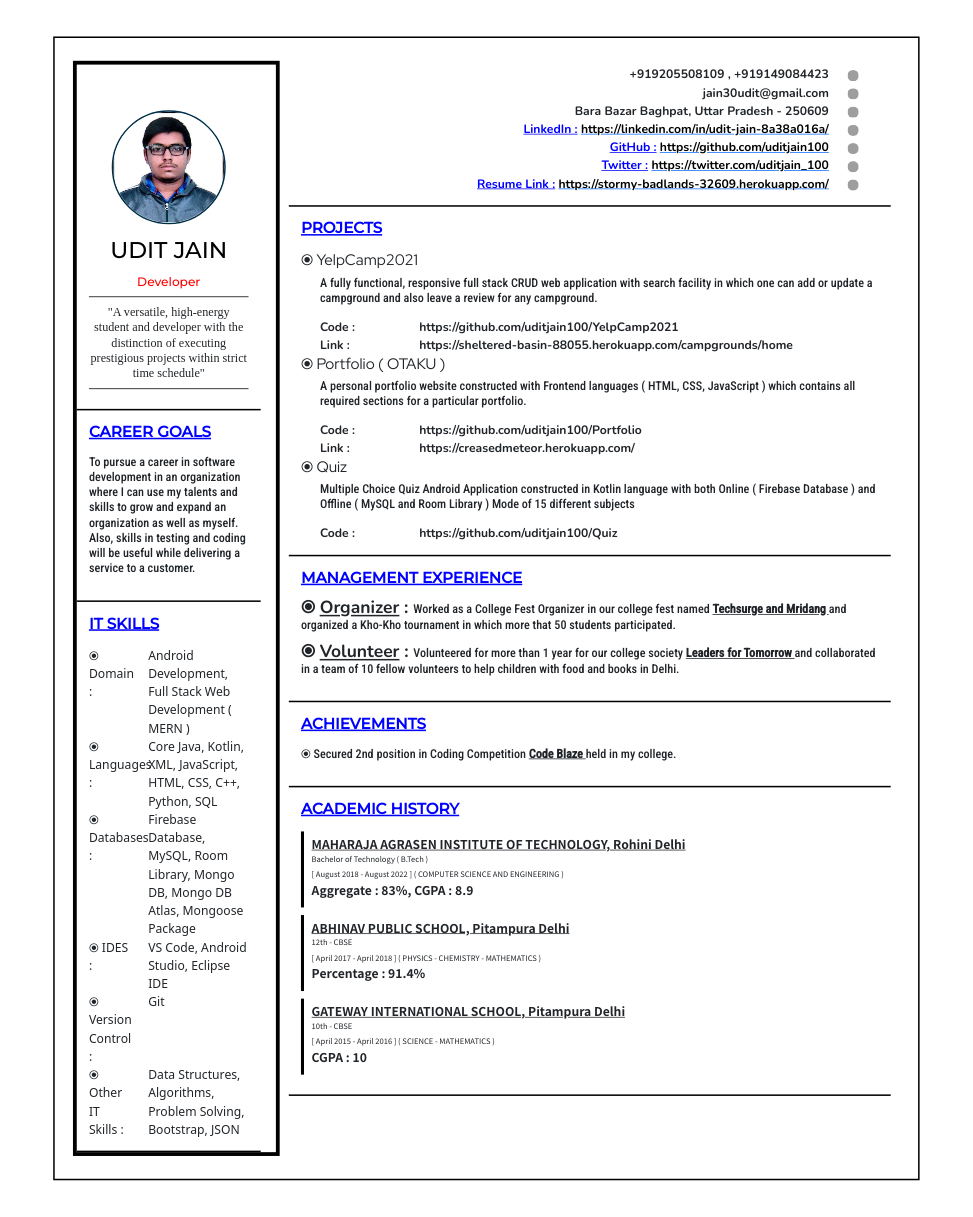
Repository: uditjain100/Resume
Page: app.html
An editor plug-in stored every save of this project. The page is shown before and after the next save, followed by the edit.
The browser window is 1280 px wide. The pictures show the whole page, at 76% of full size.
Pictures or frames that could not be fetched are drawn as grey boxes. Some web fonts or font styles are not loaded; a fallback is used.

Above is the page before, as saved 2021-05-27 18:32:46.

### app.html
<!DOCTYPE html>
<html lang="en">
	<head>
		<meta charset="UTF-8" />
		<meta http-equiv="X-UA-Compatible" content="IE=edge" />
		<meta name="viewport" content="width=device-width, initial-scale=1.0" />
		<title>RESUME : Udit Jain</title>
		<link rel="stylesheet" href="app.css" />
		<script
			src="https://code.jquery.com/jquery-3.5.1.min.js"
			integrity="sha256-9/aliU8dGd2tb6OSsuzixeV4y/faTqgFtohetphbbj0="
			crossorigin="anonymous"
		></script>
		<link
			href="https://cdn.jsdelivr.net/npm/bootstrap@5.0.0-beta1/dist/css/bootstrap.min.css"
			rel="stylesheet"
			integrity="sha384-giJF6kkoqNQ00vy+HMDP7azOuL0xtbfIcaT9wjKHr8RbDVddVHyTfAAsrekwKmP1"
			crossorigin="anonymous"
		/>

		<link rel="preconnect" href="https://fonts.gstatic.com" />
		<link
			href="https://fonts.googleapis.com/css2?family=Montserrat:wght@300;500&display=swap"
			rel="stylesheet"
		/>
		<link
			href="https://fonts.googleapis.com/css2?family=Roboto+Condensed:wght@500&display=swap"
			rel="stylesheet"
		/>
		<link
			href="https://fonts.googleapis.com/css2?family=Spartan:wght@500&display=swap"
			rel="stylesheet"
		/>
		<link
			href="https://fonts.googleapis.com/css2?family=Red+Hat+Display&display=swap"
			rel="stylesheet"
		/>
		<link
			href="https://fonts.googleapis.com/css2?family=Ubuntu:wght@300&display=swap"
			rel="stylesheet"
		/>
		<link
			href="https://fonts.googleapis.com/css2?family=Quicksand:wght@700&display=swap"
			rel="stylesheet"
		/>
		<link
			href="https://fonts.googleapis.com/css2?family=Nunito:wght@700&display=swap"
			rel="stylesheet"
		/>
		<link
			href="https://fonts.googleapis.com/css2?family=Akaya+Kanadaka&display=swap"
			rel="stylesheet"
		/>
		<link
			href="https://fonts.googleapis.com/css2?family=Poppins:wght@400&display=swap"
			rel="stylesheet"
		/>
		<link
			href="https://fonts.googleapis.com/css2?family=Noto+Sans+JP&display=swap"
			rel="stylesheet"
		/>
	</head>
	<body>
		<main class="container row my-5 mx-auto" id="wholewindow">
			<section id="leftwindow" class="col-3">
				<article id="namebox">
					<img
						id="profileimg"
						src="profile.jpg"
						class="card-img-top"
						alt="..."
					/>
					<div class="card-body">
						<h3
							class="card-title"
							style="
								color: black;
								text-decoration: none;
								font-size: 30px;
								font-weight: 400;
							"
						>
							UDIT JAIN
						</h3>
						<h6 class="card-subtitle mx-auto">Developer</h6>
						<p id="summary">
							"A versatile, high-energy student and developer with the
							distinction of executing prestigious projects within strict time
							schedule"
						</p>
					</div>
				</article>

				<article class="card-body" id="goalbox">
					<h3 class="card-title">CAREER GOALS</h3>
					<p>
						To pursue a career in software development in an organization where
						I can use my talents and skills to grow and expand an organization
						as well as myself. Also, skills in testing and coding will be useful
						while delivering a service to a customer.
					</p>
				</article>

				<article id="itskillsbox">
					<div class="card-body">
						<h3 class="card-title">IT SKILLS</h3>
						<ul class="list-group">
							<li id="itskillsitem" class="row">
								<span class="col-4" id="que">⦿ Domain : </span>
								<span class="col-8" id="ans"
									>Android Development, Full Stack Web Development ( MERN
									)</span
								>
							</li>
							<li id="itskillsitem" class="row">
								<span class="col-4" id="que">⦿ Languages : </span>
								<span class="col-8" id="ans"
									>Core Java, Kotlin, XML, JavaScript, HTML, CSS, C++, Python,
									SQL</span
								>
							</li>
							<li id="itskillsitem" class="row">
								<span class="col-4" id="que">⦿ Databases : </span>
								<span class="col-8" id="ans"
									>Firebase Database, MySQL, Room Library, Mongo DB, Mongo DB
									Atlas, Mongoose Package</span
								>
							</li>
							<li id="itskillsitem" class="row">
								<span class="col-4" id="que">⦿ IDES : </span>
								<span class="col-8" id="ans"
									>VS Code, Android Studio, Eclipse IDE</span
								>
							</li>
							<li id="itskillsitem" class="row">
								<span class="col-4" id="que">⦿ Version Control : </span>
								<span class="col-8" id="ans">Git</span>
							</li>
							<li id="itskillsitem" class="row">
								<span class="col-4" id="que">⦿ Other IT Skills : </span>
								<span class="col-8" id="ans"
									>Data Structures, Algorithms, Problem Solving, Bootstrap,
									JSON</span
								>
							</li>
						</ul>
					</div>
				</article>
			</section>
			<section id="rightwindow" class="col-9">
				<article class="card-body" id="contactbox">
					<ul class="list-group">
						<li id="contactitem" class="row">
							<div class="col-11">+919205508109 , +919149084423</div>
							<div class="col-1">
								<img
									src="https://cdn.jsdelivr.net/npm/simple-icons@3.0.1/icons/android.svg"
									alt=""
								/>
							</div>
						</li>
						<li id="contactitem" class="row">
							<div class="col-11">jain30udit@gmail.com</div>
							<div class="col-1">
								<img
									src="https://cdn.jsdelivr.net/npm/simple-icons@3.0.1/icons/gmail.svg"
									alt=""
								/>
							</div>
						</li>
						<li id="contactitem" class="row">
							<div class="col-11">
								Bara Bazar Baghpat, Uttar Pradesh - 250609
							</div>
							<div class="col-1">
								<img
									src="https://cdn.jsdelivr.net/npm/simple-icons@3.0.1/icons/googlemaps.svg"
									alt=""
								/>
							</div>
						</li>
						<li id="contactitem" class="row">
							<div class="col-11">
								<span>LinkedIn :</span>
								<a href="https://linkedin.com/in/udit-jain-8a38a016a/"
									><span id="link"
										>https://linkedin.com/in/udit-jain-8a38a016a/</span
									></a
								>
							</div>
							<div class="col-1">
								<img
									src="https://cdn.jsdelivr.net/npm/simple-icons@4.13.0/icons/linkedin.svg"
									alt=""
								/>
							</div>
						</li>
						<li id="contactitem" class="row">
							<div class="col-11">
								<span>GitHub :</span>
								<a href="https://github.com/uditjain100"
									><span id="link">https://github.com/uditjain100</span></a
								>
							</div>
							<div class="col-1">
								<img
									src="https://cdn.jsdelivr.net/npm/simple-icons@4.13.0/icons/github.svg"
									alt=""
								/>
							</div>
						</li>
						<li id="contactitem" class="row">
							<div class="col-11">
								<span>Twitter :</span>
								<a href="https://twitter.com/uditjain_100"
									><span id="link">https://twitter.com/uditjain_100</span></a
								>
							</div>
							<div class="col-1">
								<img
									src="https://cdn.jsdelivr.net/npm/simple-icons@4.13.0/icons/twitter.svg"
									alt=""
								/>
							</div>
						</li>
						<li id="contactitem" class="row">
							<div class="col-11">
								<span>Resume Link :</span>
								<a href="https://stormy-badlands-32609.herokuapp.com/"
									><span id="link"
										>https://stormy-badlands-32609.herokuapp.com/</span
									></a
								>
							</div>
							<div class="col-1">
								<img
									src="https://cdn.jsdelivr.net/npm/simple-icons@4.13.0/icons/webpack.svg"
									alt=""
								/>
							</div>
						</li>
					</ul>
				</article>

				<article class="card-body" id="projectbox">
					<h3 class="card-title">PROJECTS</h3>
					<ul class="list-group">
						<li id="projectitem" class="row">
							<h5 id="projecttitle" class="display-10">⦿ YelpCamp2021</h5>
							<div id="projectdetails">
								<p>
									A fully functional, responsive full stack CRUD web application
									with search facility in which one can add or update a
									campground and also leave a review for any campground.
								</p>
								<ul class="list-group">
									<li id="contactitem" class="row">
										<div class="col-2">
											<span style="font-weight: 700">Code : </span>
										</div>
										<div id="link" class="col-10">
											https://github.com/uditjain100/YelpCamp2021
										</div>
									</li>
									<li id="contactitem" class="row">
										<div class="col-2">
											<span style="font-weight: 700">Link : </span>
										</div>
										<div id="link" class="col-10">
											https://sheltered-basin-88055.herokuapp.com/campgrounds/home
										</div>
									</li>
								</ul>
							</div>
						</li>
						<li id="projectitem" class="row">
							<h5 id="projecttitle" class="display-10">
								⦿ Portfolio ( OTAKU )
							</h5>
							<div id="projectdetails">
								<p>
									A personal portfolio website constructed with Frontend
									languages ( HTML, CSS, JavaScript ) which contains all
									required sections for a particular portfolio.
								</p>
								<ul class="list-group">
									<li id="contactitem" class="row">
										<div class="col-2">
											<span style="font-weight: 700">Code : </span>
										</div>
										<div id="link" class="col-10">
											https://github.com/uditjain100/Portfolio
										</div>
									</li>
									<li id="contactitem" class="row">
										<div class="col-2">
											<span style="font-weight: 700">Link : </span>
										</div>
										<div id="link" class="col-10">
											https://creasedmeteor.herokuapp.com/
										</div>
									</li>
								</ul>
							</div>
						</li>
						<li id="projectitem" class="row">
							<h5 id="projecttitle" class="display-10">⦿ Quiz</h5>
							<div id="projectdetails">
								<p>
									Multiple Choice Quiz Android Application constructed in Kotlin
									language with both Online ( Firebase Database ) and Offline (
									MySQL and Room Library ) Mode of 15 different subjects
								</p>
								<ul class="list-group">
									<li id="contactitem" class="row">
										<div class="col-2">
											<span style="font-weight: 700">Code : </span>
										</div>
										<div id="link" class="col-10">
											https://github.com/uditjain100/Quiz
										</div>
									</li>
								</ul>
							</div>
						</li>
					</ul>
				</article>

				<article class="card-body" id="managementskillsbox">
					<h3 class="card-title">MANAGEMENT EXPERIENCE</h3>
					<ul class="list-group">
						<li id="managementskillsitem">
							<p>
								<span id="tag">⦿ <span>Organizer</span> : </span>
								Worked as a College Fest Organizer in our college fest named
								<span style="font-weight: 700; text-decoration: underline"
									>Techsurge and Mridang
								</span>
								and organized a Kho-Kho tournament in which more that 50
								students participated.
							</p>
						</li>
						<li id="managementskillsitem">
							<p>
								<span id="tag">⦿ <span>Volunteer</span> : </span>
								Volunteered for more than 1 year for our college society
								<span style="font-weight: 700; text-decoration: underline"
									>Leaders for Tomorrow </span
								>and collaborated in a team of 10 fellow volunteers to help
								children with food and books in Delhi.
							</p>
						</li>
					</ul>
				</article>

				<article class="card-body" id="achievementsbox">
					<h3 class="card-title">ACHIEVEMENTS</h3>
					<ul class="list-group">
						<li id="achievementitem" class="row">
							<p>
								⦿ Secured 2nd position in Coding Competition
								<span style="font-weight: 700; text-decoration: underline"
									>Code Blaze
								</span>
								held in my college.
							</p>
						</li>
					</ul>
				</article>

				<article class="card-body" id="educationbox">
					<h3 class="card-title">ACADEMIC HISTORY</h3>
					<ul class="list-group">
						<li id="educationitem">
							<h6 id="institutename">
								MAHARAJA AGRASEN INSTITUTE OF TECHNOLOGY, Rohini Delhi
							</h6>
							<h6 id="stream">Bachelor of Technology ( B.Tech )</h6>
							<h6 id="subjects">
								[ August 2018 - August 2022 ] ( COMPUTER SCIENCE AND ENGINEERING
								)
							</h6>
							<h6 id="marks">Aggregate : 83%, CGPA : 8.9</h6>
						</li>
						<li id="educationitem">
							<h6 id="institutename">ABHINAV PUBLIC SCHOOL, Pitampura Delhi</h6>
							<h6 id="stream">12th - CBSE</h6>
							<h6 id="subjects">
								[ April 2017 - April 2018 ] ( PHYSICS - CHEMISTRY - MATHEMATICS
								)
							</h6>
							<h6 id="marks">Percentage : 91.4%</h6>
						</li>
						<li id="educationitem">
							<h6 id="institutename">
								GATEWAY INTERNATIONAL SCHOOL, Pitampura Delhi
							</h6>
							<h6 id="stream">10th - CBSE</h6>
							<h6 id="subjects">
								[ April 2015 - April 2016 ] ( SCIENCE - MATHEMATICS )
							</h6>
							<h6 id="marks">CGPA : 10</h6>
						</li>
					</ul>
				</article>
			</section>
		</main>
	</body>
</html>

### app.css
/* * Common Section */

@keyframes transitionIn {
	from {
		opacity: 0;
		transform: rotateY(-10deg);
	}
	to {
		opacity: 1;
		transform: rotateY(0);
	}
}

html {
	animation: transitionIn 1s;
}

p {
	font-family: "Roboto Condensed", sans-serif;
	line-height: 20px;
}

ul {
	list-style: none;
}
article {
	border-bottom: 2px black solid;
}

.card {
	background-color: black;
}

.card-title {
	font-family: "Montserrat";
	color: blue;
	text-decoration: underline;
	font-weight: 900;
	font-size: 20px;
	padding-bottom: 10px;
	border: none;
}

.footer {
	position: -webkit-sticky;
	left: 0;
	bottom: 0;
	width: 100%;
	color: white;
	text-align: center;
	font-family: "Montserrat";
}

/*  ********************* resume work */

#wholewindow {
	border: 2px black solid;
	display: flex;
	flex-direction: row;
	flex-wrap: wrap;
	justify-content: space-evenly;
	/* align-items: center; */
}

#leftwindow {
	margin: 30px 0px 30px 0px;
	border: 5px black solid;
	padding: 50px 20px 0px 0px;
	min-width: 250px;
}

#rightwindow {
	padding-top: 20px;
	min-width: 250px;
}

#namebox {
	display: flex;
	flex-direction: column;
	flex-wrap: wrap;
	align-items: center;
	text-align: center;
	font-family: "Montserrat";
}

#profileimg {
	width: 150px;
	height: 150px;
	border-radius: 50%;
	border: 2px #003049 solid;
	margin-top: 10px;
}
#summary {
	font-family: "Akaya Kanadaka";
	margin-top: 10px;
	margin-bottom: 10px;
	padding-top: 10px;
	padding-bottom: 10px;

	border-bottom: 1px black solid;
	border-top: 1px black solid;
}

.card-subtitle {
	color: red;
}

#managementskillsitem p {
	line-height: 20px;
}

#tag {
	font-family: "Nunito";
	font-size: 23px;
	font-weight: 900;
	text-align: left;
}

#tag span {
	text-decoration: underline;
}

li img {
	width: 15px;
	height: 15px;
	border-radius: 50%;
	margin-right: 5px;
}

#contactbox {
	border-bottom: 2px black solid;
}

#contactitem {
	font-family: "Nunito";
}

#contactitem .col-11 {
	text-align: end;
}

#contactitem .col-11 span {
	font-weight: 600;
	color: blue;
	text-decoration: underline;
}

#contactitem .col-11 a span {
	color: black;
	text-decoration: none;
}

#educationtitle {
	font-family: "Red Hat Display";
	font-weight: 200;
}

#educationitem {
	margin-bottom: 10px;
	padding: 10px 0px 10px 10px;
	border-left: 4px black solid;
}

#educationbox {
	font-family: "Noto Sans JP";
}

#educationitem h6 {
	line-height: 12px;
}

#institutename {
	text-decoration: underline;
	font-weight: 800;
	font-size: 16px;
}

#timestamp {
	font-size: 10px;
}

#stream {
	font-size: 10px;
	font-weight: 400;
}

#subjects {
	font-size: 10px;
	font-weight: 300;
}

#marks {
	/* font-size: 15px; */
	font-weight: 700;
}

#projecttitle {
	font-family: "Red Hat Display";
	font-weight: 400;
}

#projectdetails {
	margin-left: 25px;
}

After the next save:
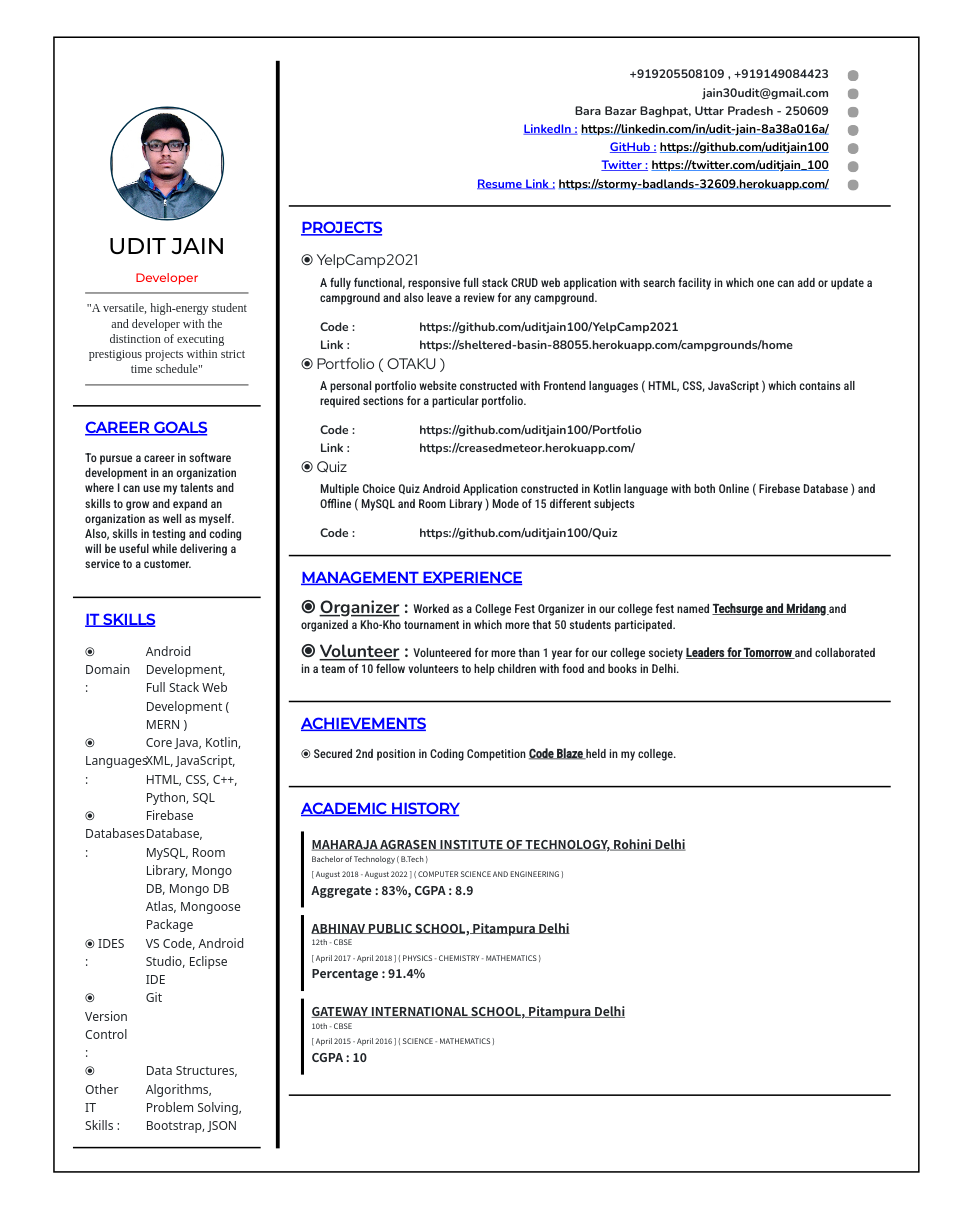
Saved 13 s later.
--- a/app.css
+++ b/app.css
@@ -64,7 +64,7 @@ article {
 
 #leftwindow {
 	margin: 30px 0px 30px 0px;
-	border: 5px black solid;
+	border-right: 5px black solid;
 	padding: 50px 20px 0px 0px;
 	min-width: 250px;
 }
